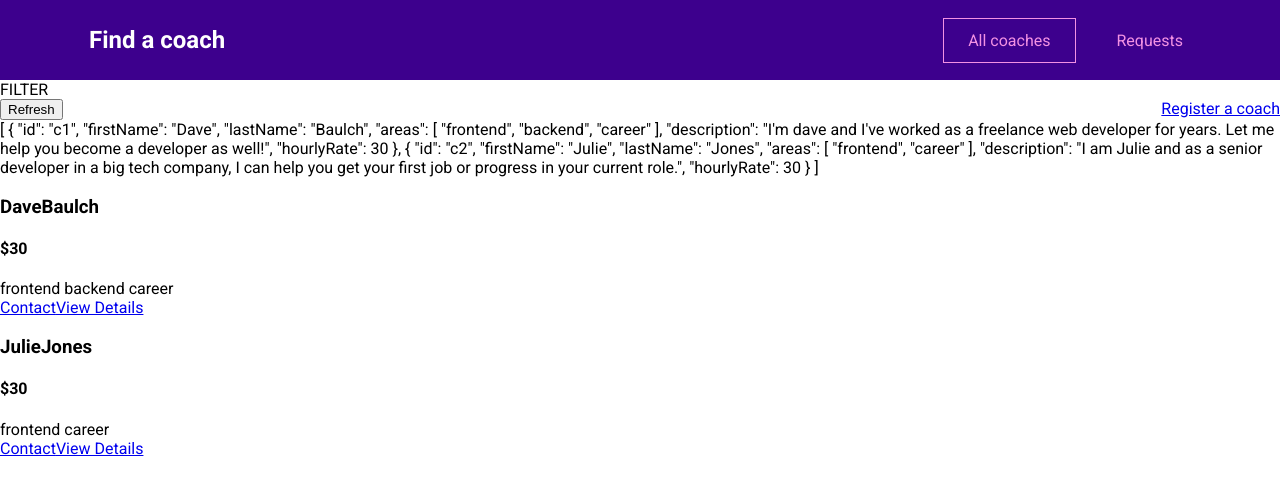
Repository: DaveBaulch/vue-course-find-a-coach
Page: /
These files come from the project's save history. The page is drawn as it stood at one moment and after a run of saves; the edit follows.
The browser window is 1280 px wide. The pictures show the whole page.
The project was rebuilt for these pictures with package versions that can differ from the ones it lists, and the page was loaded fresh each time. Also part of the build but not shown: src/pages/coaches/CoachDetail.vue, src/pages/coaches/CoachRegistration.vue, src/pages/requests/ContactCoach.vue, src/pages/requests/RequestsReceived.vue. Imported but missing from the stored project, and not drawn on this page: src/pages/NotFound.vue.

Above is the page before, as saved 2021-01-23 14:55:09.

### src/App.vue
<template>
  <div id="app">
    <the-header />
    <router-view/>
  </div>
</template>

<script>
  import TheHeader from './components/layout/TheHeader.vue'

  export default {
    components: {
      TheHeader
    }
  }
</script>



<style>
@import url("https://fonts.googleapis.com/css2?family=Roboto:wght@400;700&display=swap");

* {
  box-sizing: border-box;
}

html {
  font-family: "Roboto", sans-serif;
}

body {
  margin: 0;
}

</style>

### src/router/index.js
import Vue from 'vue'
import VueRouter from 'vue-router'
import CoachDetail from '../pages/coaches/CoachDetail.vue';
import CoachesList from '../pages/coaches/CoachesList.vue';
import CoachRegistation from '../pages/coaches/CoachRegistration.vue';
import ContactCoach from '../pages/requests/ContactCoach.vue';
import RequestsReceived from '../pages/requests/RequestsReceived.vue';
import NotFound from '../pages/NotFound.vue'

Vue.use(VueRouter)

const routes = [
  {
    path: '/', redirect: '/coaches'
  },
  {
    path: '/coaches', component: CoachesList
  },
  {
    path: '/coaches/:id',
    component: CoachDetail,
    children: [
      { path: 'contact', component: ContactCoach } // /coaches/c1/contact
    ]
  },
  { path: '/register', component: CoachRegistation },
  { path: '/requests', component: RequestsReceived },
  { path: '/:notFound(.*)', component: NotFound }
]

const router = new VueRouter({
  mode: 'history',
  base: process.env.BASE_URL,
  routes
})

export default router

### src/store/index.js
import Vue from 'vue'
import Vuex from 'vuex'
import coachesModule from './modules/coaches/index.js'

Vue.use(Vuex)

const store = new Vuex.Store({
  modules: {
    coaches: coachesModule
  }
})

export default store;

### src/components/layout/TheHeader.vue
<template>
<header>
  <nav>
    <h1><router-link to="/">Find a coach</router-link></h1>
    <ul>
      <li><router-link to="/coaches">All coaches</router-link></li>
      <li><router-link to="/requests">Requests</router-link></li>
    </ul>
  </nav>
</header>
</template>

<script>
export default {
}
</script>

<!-- Add "scoped" attribute to limit CSS to this component only -->
<style scoped>
header {
  width: 100%;
  height: 5rem;
  background-color: #3d008d;
  display: flex;
  justify-content: center;
  align-items: center;
}

header a {
  text-decoration: none;
  color: #f391e3;
  display: inline-block;
  padding: 0.75rem 1.5rem;
  border: 1px solid transparent;
}

a:active,
a:hover,
a.router-link-active {
  border: 1px solid #f391e3;
}

h1 {
  margin: 0;
}

h1 a {
  color: white;
  margin: 0;
}

h1 a:hover,
h1 a:active,
h1 a.router-link-active {
  border-color: transparent;
}

header nav {
  width: 90%;
  margin: auto;
  display: flex;
  justify-content: space-between;
  align-items: center;
}

header ul {
  list-style: none;
  margin: 0;
  padding: 0;
  display: flex;
  justify-content: center;
  align-items: center;
}

li {
  margin: 0 0.5rem;
}
</style>

### src/pages/coaches/CoachesList.vue
<template>
<div>
  <section>
    FILTER
  </section>
  <section>
    <div class="controls">
      <button>Refresh</button>
      <router-link to="/register">Register a coach</router-link>
    </div>
    {{  filteredCoaches}}
    <ul v-if="hasCoaches">
      <coach-item
      v-for="coach in filteredCoaches"
      :key="coach.id"
      :id="coach.id"
      :first-name="coach.firstName"
      :last-name="coach.lastName"
      :rate="coach.hourlyRate"
      :areas="coach.areas"
      ></coach-item>
    </ul>
    <h3 v-else>No coaches found</h3>
  </section>
  </div>
</template>

<script>
  import CoachItem from '../../components/coaches/CoachItem.vue'

  export default {
    components: {
      CoachItem
    },
    computed: {
      filteredCoaches() {
        return this.$store.getters['coaches/coaches'];
      },
      hasCoaches() {
        return this.$store.getters['coaches/hasCoaches'];
      }
    }
  }
</script>

<style scoped>
  ul {
    list-style: none;
    margin: 0;
    padding: 0;
  }

  .controls {
    display: flex;
    justify-content: space-between;
  }
</style>

### src/store/modules/coaches/index.js
import mutations from './mutations.js'
import actions from './actions.js'
import getters from './getters.js'

export default {
  namespaced: true,
  state() {
    return {
      coaches: [
        {
          id: 'c1',
          firstName: 'Dave',
          lastName: 'Baulch',
          areas: ['frontend', 'backend', 'career'],
          description:
            "I'm dave and I've worked as a freelance web developer for years. Let me help you become a developer as well!",
          hourlyRate: 30
        },
        {
          id: 'c2',
          firstName: 'Julie',
          lastName: 'Jones',
          areas: ['frontend', 'career'],
          description:
            'I am Julie and as a senior developer in a big tech company, I can help you get your first job or progress in your current role.',
          hourlyRate: 30
        }
      ]
    }
  },
  mutations,
  actions,
  getters
}

### src/components/coaches/CoachItem.vue
<template>
  <li>
    <h3>{{ fullName }}</h3>
    <h4>${{ rate }}</h4>
    <div>
      <span v-for="area in areas" :key="area">
        {{ area }}
      </span>
    </div>
    <div class="actions">
      <router-link :to="coachContactLink">Contact</router-link>
      <router-link :to="coachDetailsLink">View Details</router-link>
    </div>
  </li>
</template>

<script>
  export default {
    props: ['id', 'firstName', 'lastName', 'rate', 'areas'],
    computed: {
      fullName() {
        return this.firstName + '' + this.lastName
      },
      coachContactLink() {
        return this.$route.path + '/' + this.id + /contact/
      },
      coachDetailsLink() {
        return this.$route.path + '/' + this.id // current route path /coaches/c1
      }
    }
  }
</script>

<style scoped>
  ul {
    list-style: none;
    margin: 0;
    padding: 0;
  }

  .controls {
    display: flex;
    justify-content: space-between;
  }
</style>

### src/store/modules/coaches/getters.js
export default {
  coaches(state) {
    return state.coaches;
  },
  hasCoaches(state) {
    return state.coaches && state.coaches.length > 0;
  }
}

Loaded but not shown: public/index.html (common file); src/main.js (common file); src/store/modules/coaches/mutations.js (common file); src/store/modules/coaches/actions.js (common file)

After the next 3 saves:
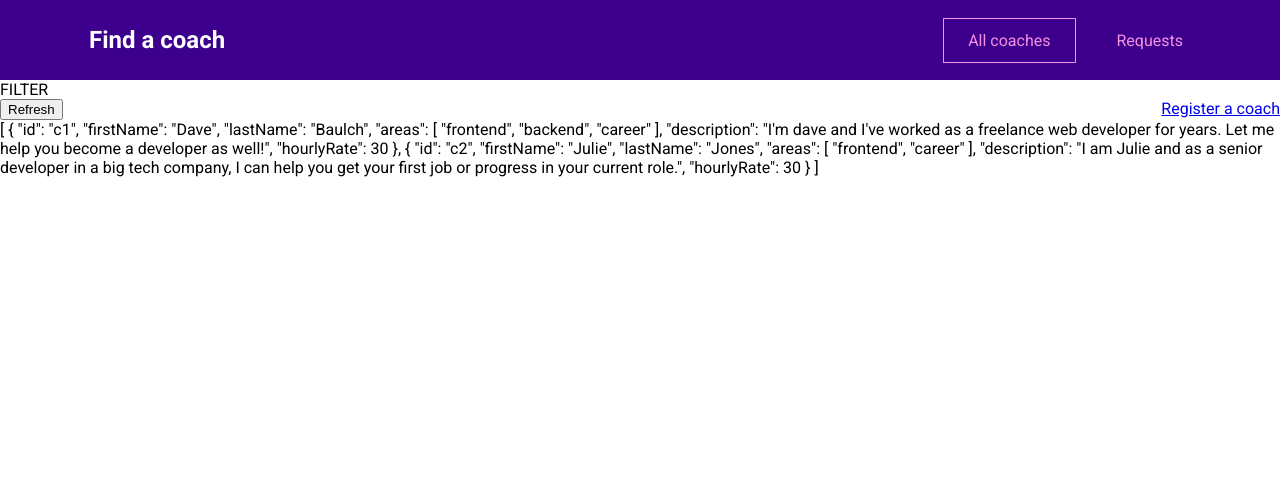
The 3 saves are shown as one change because 1 did not build or start and some came seconds apart.
The last was saved 22 s later.
--- a/src/pages/coaches/CoachesList.vue
+++ b/src/pages/coaches/CoachesList.vue
@@ -9,18 +9,7 @@
       <router-link to="/register">Register a coach</router-link>
     </div>
     {{  filteredCoaches}}
-    <ul v-if="hasCoaches">
-      <coach-item
-      v-for="coach in filteredCoaches"
-      :key="coach.id"
-      :id="coach.id"
-      :first-name="coach.firstName"
-      :last-name="coach.lastName"
-      :rate="coach.hourlyRate"
-      :areas="coach.areas"
-      ></coach-item>
-    </ul>
-    <h3 v-else>No coaches found</h3>
+
   </section>
   </div>
 </template>

After the save that followed:
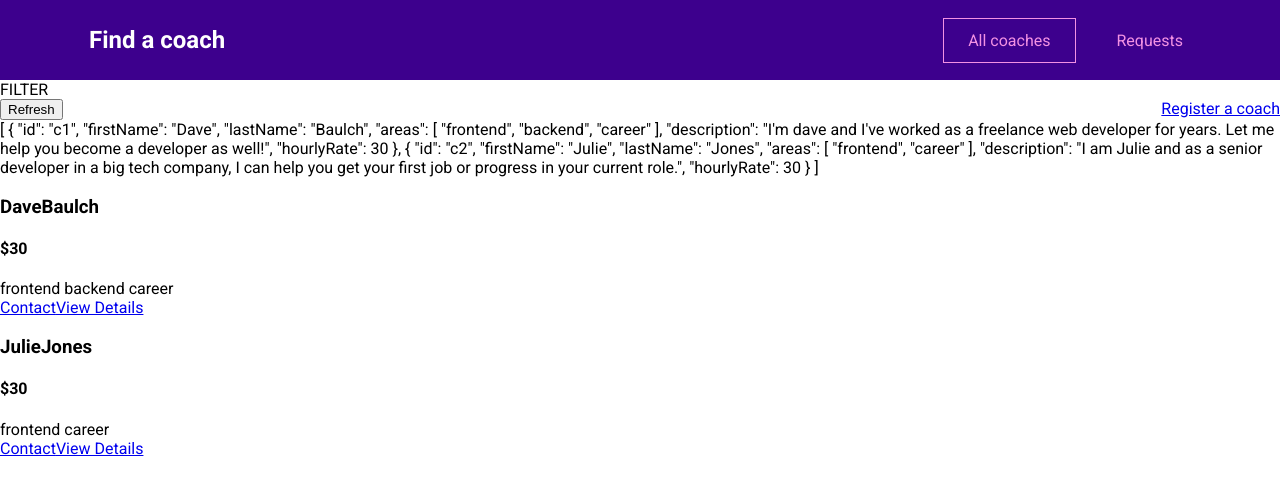
Saved 31 s later.
--- a/src/pages/coaches/CoachesList.vue
+++ b/src/pages/coaches/CoachesList.vue
@@ -9,7 +9,18 @@
       <router-link to="/register">Register a coach</router-link>
     </div>
     {{  filteredCoaches}}
-
+    <ul v-if="hasCoaches">
+      <coach-item
+      v-for="coach in filteredCoaches"
+      :key="coach.id"
+      :id="coach.id"
+      :first-name="coach.firstName"
+      :last-name="coach.lastName"
+      :rate="coach.hourlyRate"
+      :areas="coach.areas"
+      ></coach-item>
+    </ul>
+    <h3 v-else>No coaches found</h3>
   </section>
   </div>
 </template>
